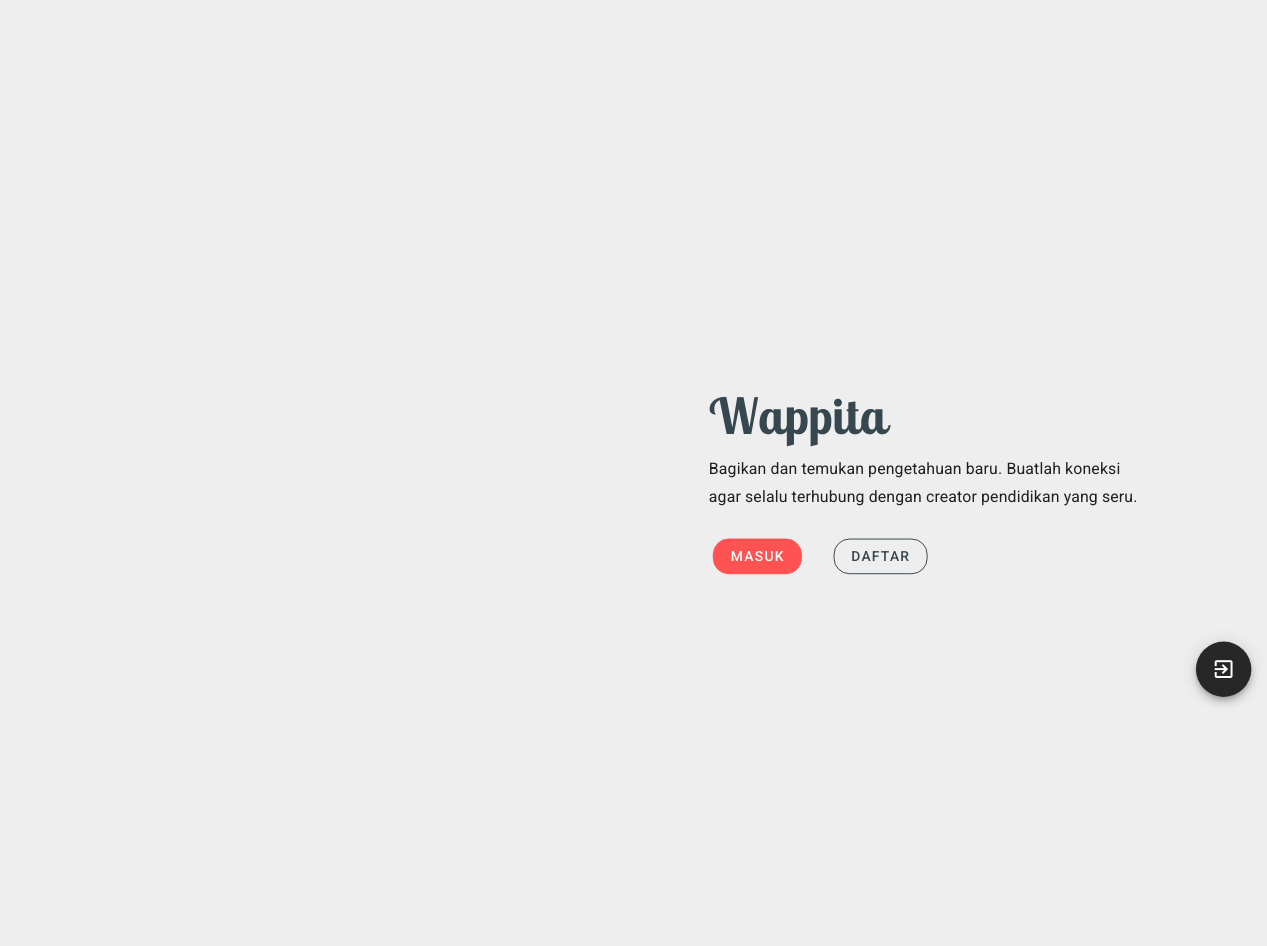
Repository: wildanpurnomo/kulia-fe
Page: /
These files come from the project's save history. The page is drawn as it stood at one moment and after the next save; the edit follows.
The browser window is 1280 px wide. The pictures show the whole page, at 99% of full size.
The page's requests for data from a server got no answer. The project was rebuilt for these pictures with package versions that can differ from the ones it lists, and the page was loaded fresh each time. No one was signed in, and anything a server would have sent is missing. Also part of the build but not shown: vue.config.js. Imported but missing from the stored project, and not drawn on this page: src/views/partials/main/MyProfile.vue.

Above is the page before, as saved 2020-11-27 20:47:59.

After the next save:
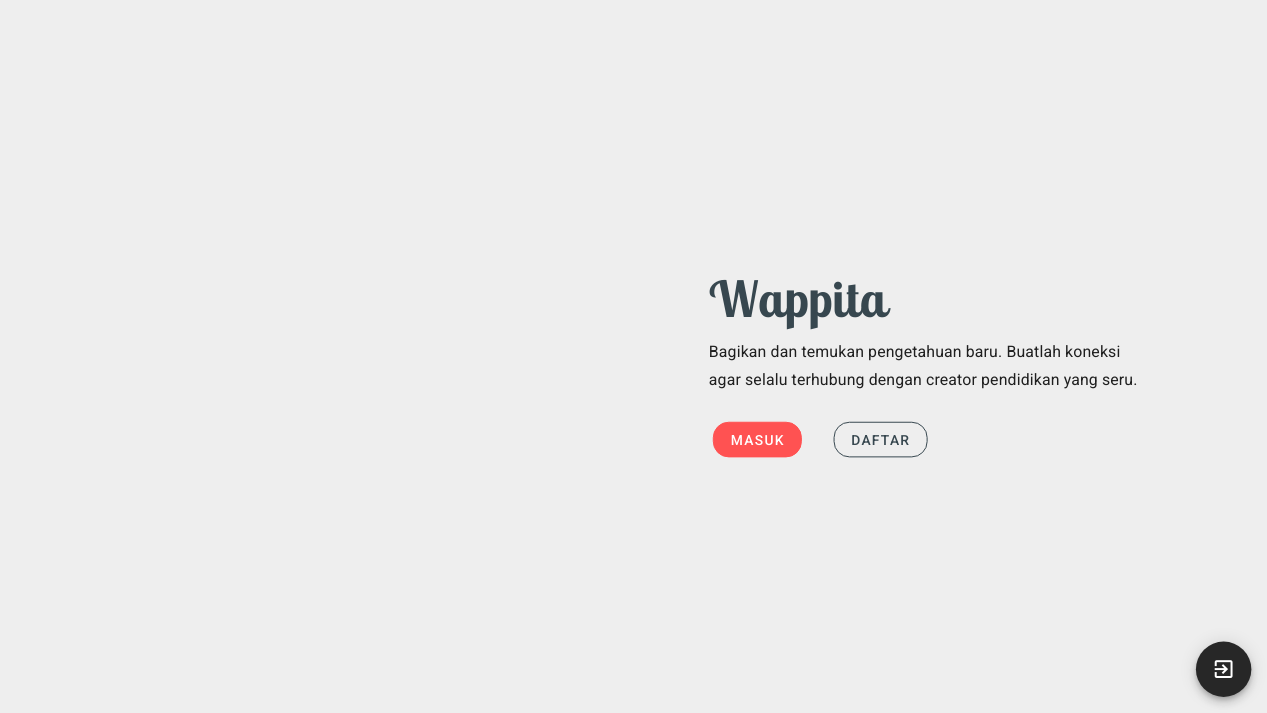
Saved 39 s later.
--- a/src/views/Landing.vue
+++ b/src/views/Landing.vue
@@ -3,7 +3,6 @@
   <v-container fill-height>
     <v-row align="center">
       <v-col cols="6">
-        <v-img src="../assets/image.png"></v-img>
         <v-img src="../assets/image.png"></v-img>
       </v-col>
       <v-spacer></v-spacer>
